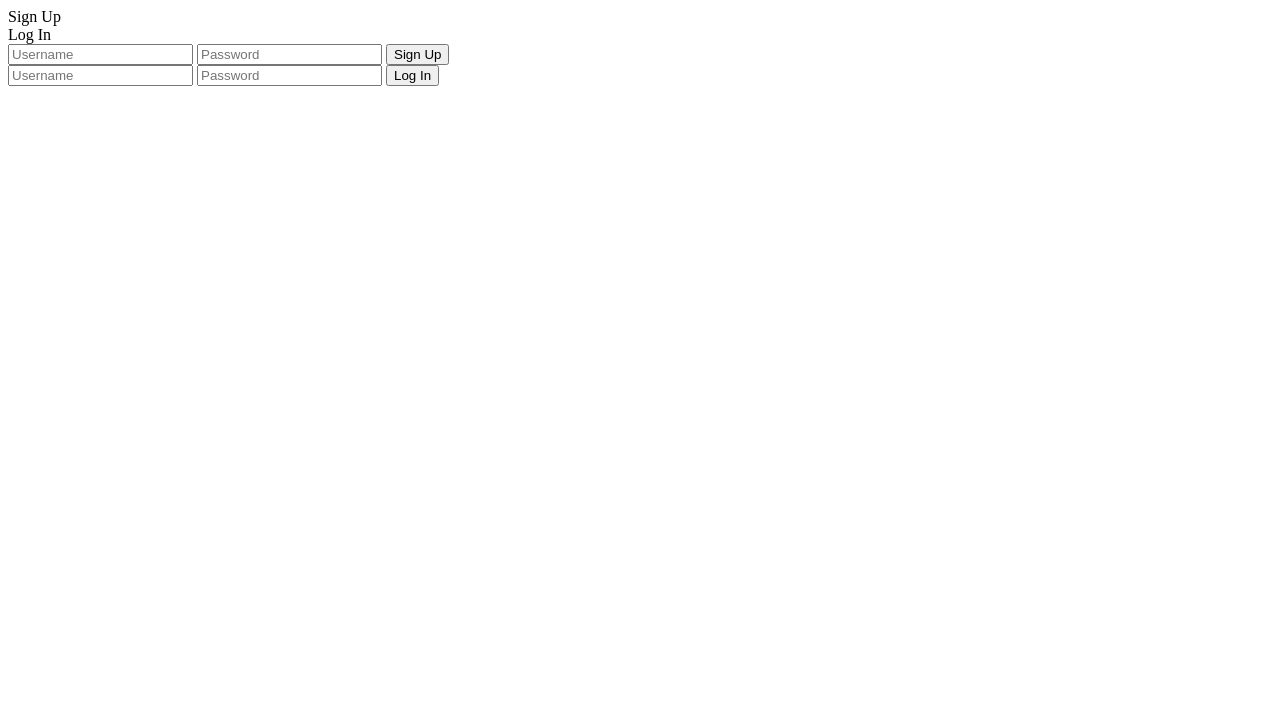
Repository: BanavasiPrakash/radminnetworkping
Page: src/main/resources/static/auth.html
The author's editor kept a copy of each file at every save. The page is drawn from the files as they stood at one save, then again after the next save.
The browser window is 1280 px wide. The pictures show the whole page.

Above is the page before, as saved 2025-08-22 11:13:41.

After the next save:
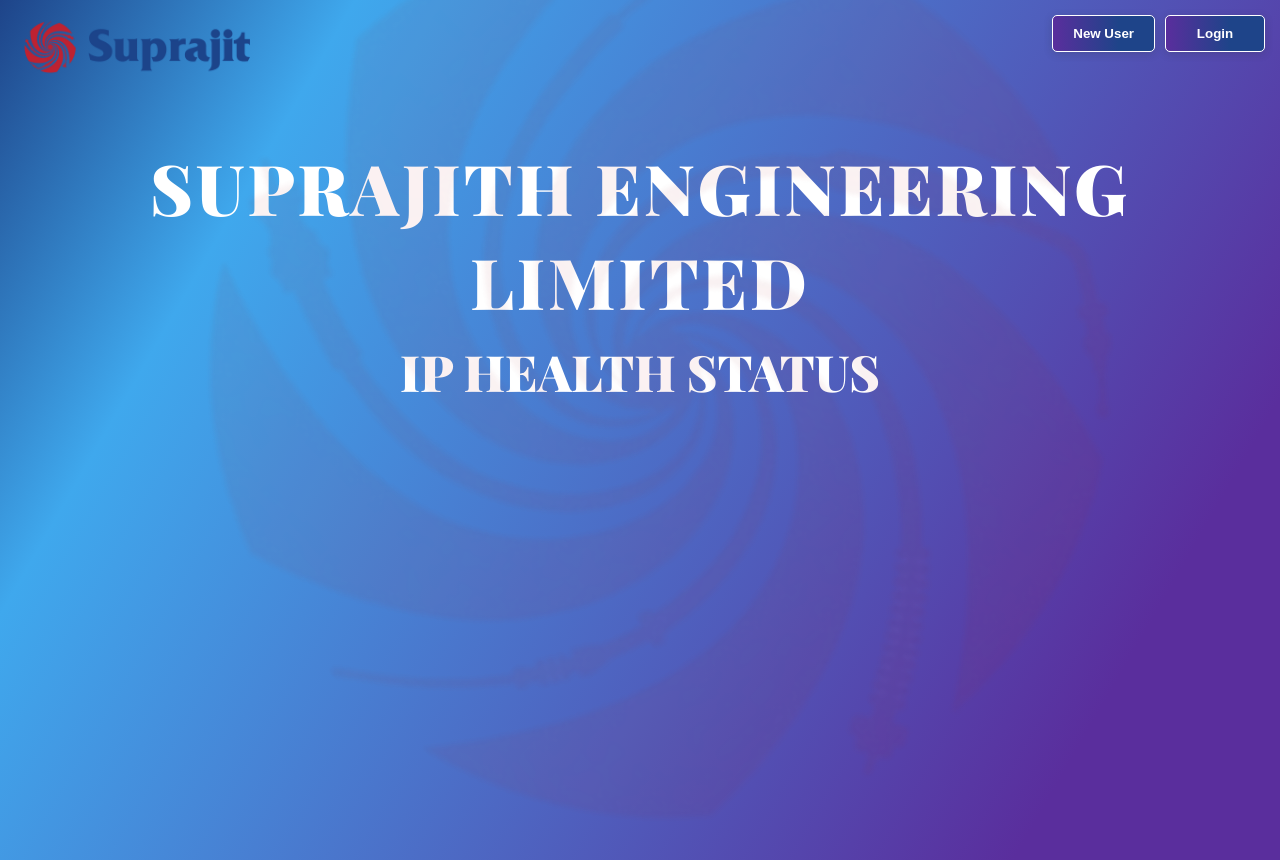
Not found: src/main/resources/static/script.js
Saved 98 s later.
--- a/src/main/resources/static/auth.html
+++ b/src/main/resources/static/auth.html
@@ -2,97 +2,40 @@
 <html>
 <head>
   <title>Signup & Login</title>
-
+  <link rel="stylesheet" href="login.css">
+  <style>
+    @import url('https://fonts.googleapis.com/css2?family=Playfair+Display:wght@700;900&display=swap');
+  </style>
 </head>
 <body>
-  <div class="container">
-    <div class="tabs">
-      <div id="signup-tab" class="tab active" onclick="switchTab('signup')">Sign Up</div>
-      <div id="login-tab" class="tab" onclick="switchTab('login')">Log In</div>
-    </div>
-    <form id="signup-form" class="active" onsubmit="submitSignup(event)">
-      <input type="text" id="signup-username" placeholder="Username" required>
-      <input type="password" id="signup-password" placeholder="Password" required>
+  <img src="suprajit_logo_BG.png" alt="Suprajit Logo" class="suprajit-logo" />
+
+  <h2 class="company-title">SUPRAJITH ENGINEERING LIMITED</h2>
+  <h1 class="page-title">IP HEALTH STATUS</h1>
+
+  <div class="button-group">
+    <button id="new-user-btn" class="control-btn" onclick="switchTab('signup')">New User</button>
+    <button id="login-btn" class="control-btn" onclick="switchTab('login')">Login</button>
+  </div>
+
+  <div id="signup-container" class="container">
+    <form id="signup-form" onsubmit="submitSignup(event)">
+      <input type="text" id="signup-username" placeholder="Username" required />
+      <input type="password" id="signup-password" placeholder="Password" required />
       <button type="submit">Sign Up</button>
       <div id="signup-message" class="message"></div>
     </form>
+  </div>
+
+  <div id="login-container" class="container">
     <form id="login-form" onsubmit="submitLogin(event)">
-      <input type="text" id="login-username" placeholder="Username" required>
-      <input type="password" id="login-password" placeholder="Password" required>
+      <input type="text" id="login-username" placeholder="Username" required />
+      <input type="password" id="login-password" placeholder="Password" required />
       <button type="submit">Log In</button>
       <div id="login-message" class="message"></div>
     </form>
   </div>
-  <script>
-    function switchTab(tab) {
-      document.getElementById('signup-form').classList.toggle('active', tab === 'signup');
-      document.getElementById('login-form').classList.toggle('active', tab === 'login');
-      document.getElementById('signup-tab').classList.toggle('active', tab === 'signup');
-      document.getElementById('login-tab').classList.toggle('active', tab === 'login');
-      document.getElementById('signup-message').textContent = '';
-      document.getElementById('login-message').textContent = '';
-    }
 
-    async function submitSignup(event) {
-      event.preventDefault();
-      const username = document.getElementById('signup-username').value.trim();
-      const password = document.getElementById('signup-password').value.trim();
-      const msg = document.getElementById('signup-message');
-      msg.textContent = '';
-      msg.className = 'message';
-      try {
-        const res = await fetch('http://localhost:8080/api/auth/signup', {
-          method: 'POST',
-          headers: {'Content-Type': 'application/x-www-form-urlencoded'},
-          body: new URLSearchParams({username, password})
-        });
-        const text = await res.text();
-        if (res.ok) {
-          msg.textContent = 'Signup successful! Please log in.';
-          msg.classList.add('success');
-          switchTab('login');
-        } else {
-          msg.textContent = text || 'Signup failed.';
-          msg.classList.add('error');
-        }
-      } catch (error) {
-        msg.textContent = 'Error: ' + error.message;
-        msg.classList.add('error');
-      }
-    }
-
-    async function submitLogin(event) {
-      event.preventDefault();
-      const username = document.getElementById('login-username').value.trim();
-      const password = document.getElementById('login-password').value.trim();
-      const msg = document.getElementById('login-message');
-      msg.textContent = '';
-      msg.className = 'message';
-      try {
-        const res = await fetch('http://localhost:8080/api/auth/login', {
-          method: 'POST',
-          headers: {'Content-Type': 'application/x-www-form-urlencoded'},
-          body: new URLSearchParams({username, password})
-        });
-        if (res.ok) {
-          const userData = await res.json(); // Should contain {username, role}
-          sessionStorage.setItem('currentUser', JSON.stringify({
-            username: userData.username,
-            role: userData.role
-          }));
-          msg.textContent = 'Login successful! Redirecting...';
-          msg.classList.add('success');
-          setTimeout(() => { window.location.href = 'status.html'; }, 1000);
-        } else {
-          const text = await res.text();
-          msg.textContent = text || 'Login failed.';
-          msg.classList.add('error');
-        }
-      } catch (error) {
-        msg.textContent = 'Error: ' + error.message;
-        msg.classList.add('error');
-      }
-    }
-  </script>
+  <script src="script.js"></script>
 </body>
 </html>
